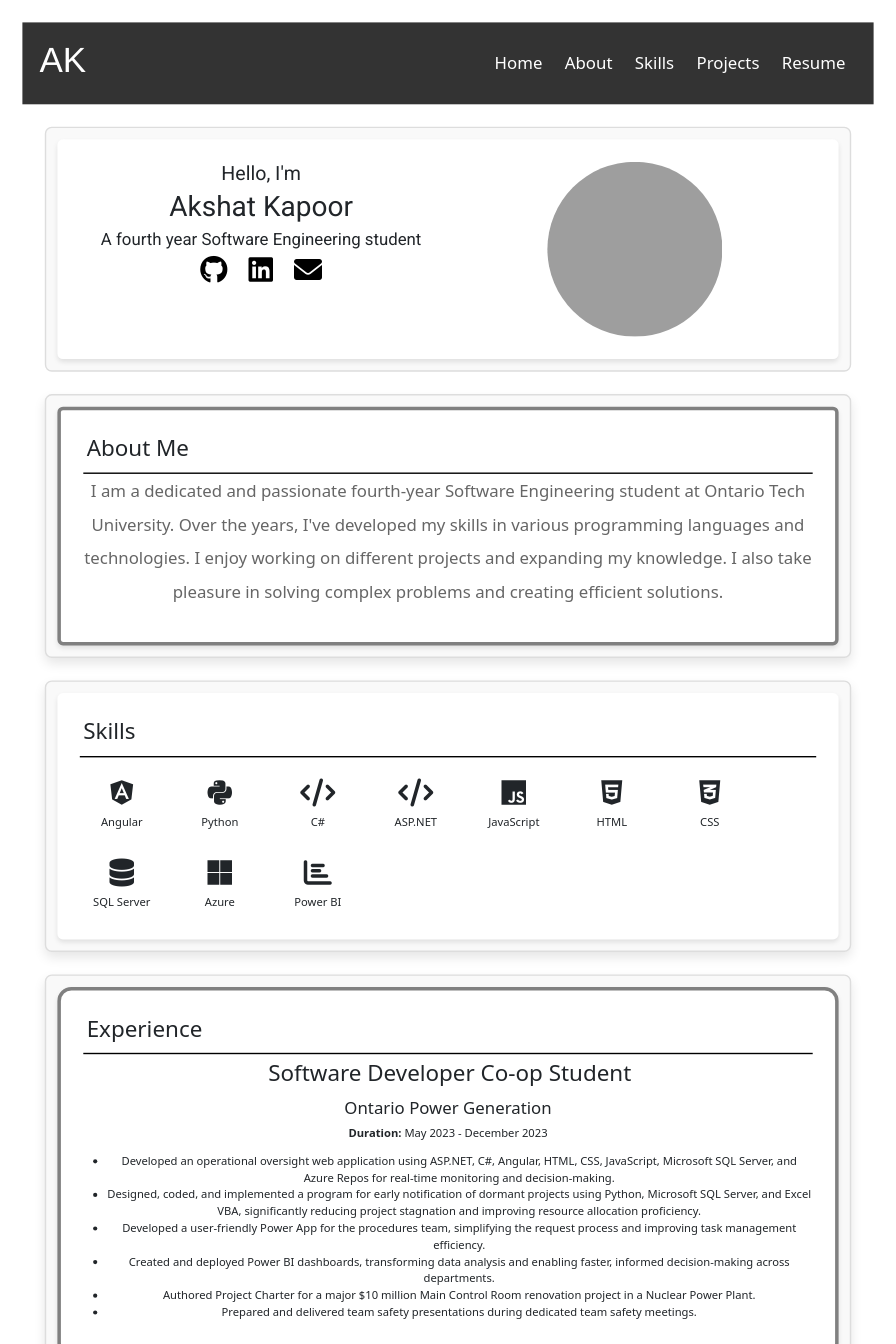
Repository: AkshatKapo/My-Portfolio
Page: /
An editor plug-in stored every save of this project. The page is shown before and after the next save, followed by the edit.
The browser window is 1280 px wide. The pictures show the part of the page from y = 0 to 1920 px (the page is 3269 px tall before and 3330 px after), at 70% of full size.
Pictures or frames that could not be fetched are drawn as grey boxes. The project was rebuilt for these pictures with package versions that can differ from the ones it lists, and the page was loaded fresh each time. Also part of the build but not shown: vite.config.js.

Above is the page before, as saved 2024-06-18 09:32:26.

### index.html
<!DOCTYPE html>
<html lang="en">
  <head>
    <meta charset="UTF-8" />
    <link rel="stylesheet" href="https://cdnjs.cloudflare.com/ajax/libs/font-awesome/6.0.0-beta3/css/all.min.css">
    <link rel="stylesheet" href="https://maxcdn.bootstrapcdn.com/bootstrap/4.5.2/css/bootstrap.min.css">

    <meta name="viewport" content="width=device-width, initial-scale=1.0" />
    <title>Vite + React</title>
  </head>
  <body>
    <div id="root"></div>
    <script type="module" src="/src/main.jsx"></script>
  </body>
</html>

### src/main.jsx
import React from 'react'
import ReactDOM from 'react-dom/client'
import App from './App'
import './index.css'
import 'bootstrap/dist/css/bootstrap.min.css';


ReactDOM.createRoot(document.getElementById('root')).render(
  <React.StrictMode>
    <App />
  </React.StrictMode>,
)

### src/index.css
body {
    font-family: 'Segoe UI', Tahoma, Geneva, Verdana, sans-serif;
    background-color:#ccddff;
    color:black;
    margin: 0;
    padding: 0;
  }


  #root {
    display: flex;
    flex-direction: column;
    min-height: 100vh;
  }

### src/App.css
#root {
  max-width: 1280px;
  margin: 0 auto;
  padding: 2rem;
  text-align: center;
}
.reveal {
  opacity: 0;
  transform: translateY(100px);
  transition: opacity 0.6s ease-out, transform 0.6s ease-out;
}

.reveal.active {
  opacity: 1;
  transform: translateY(0);
}

### src/components/Header.jsx
import React from 'react'
import './Header.css'

const Header = () => {
  return (
    <header>
      <h1 className='title'>AK</h1>
      <nav>
        <ul>
          <li><a href="#home">Home</a></li>
          <li><a href="#about">About</a></li>
          <li><a href="#skills">Skills</a></li>
          <li><a href="#projects">Projects</a></li>
          <li><a href="/Akshat_Kapoor_Resume.pdf">Resume</a></li>
        </ul>
      </nav>
    </header>
  )
}

export default Header

### src/components/Home.jsx
import React from "react";
import "./Home.css";

const Home = () => {
  return (
    <div className="reveal">
      <section id="home">
        <div className="home-content">
          <div className="text-content">
            <h3>Hello, I'm</h3>
            <h1>Akshat Kapoor</h1>
            <h4>A fourth year Software Engineering student</h4>
            <div className="social-icons">
              <a href="https://github.com/yourusername" target="_blank" rel="noopener noreferrer">
                <i className="fab fa-github"></i>
              </a>
              <a href="https://www.linkedin.com/in/yourusername" target="_blank" rel="noopener noreferrer">
                <i className="fab fa-linkedin"></i>
              </a>
              <a href="mailto:youremail@gmail.com" target="_blank" rel="noopener noreferrer">
                <i className="fas fa-envelope"></i>
              </a>
            </div>
          </div>
          <div className="line"></div>
          <div className="image-content">
            <img
              src="/mnt/data/image.png"
              alt="Akshat Kapoor"
              className="profile-image"
            />
          </div>
        </div>
      </section>
    </div>
  );
};

export default Home;

### src/components/About.jsx
import React from 'react';
import './About.css';

function About() {
  return (
    <section id="about">
      <div id='about-content'>
       <h2>About Me</h2>
       <div className='seperator'>


       </div>
       <p>I am a dedicated and passionate fourth-year Software Engineering student at Ontario Tech University. Over the years, I've developed my skills in various programming languages and technologies. I enjoy working on different projects and expanding my knowledge. I also take pleasure in solving complex problems and creating efficient solutions. </p>
      </div>
    </section>
  );
}

export default About;

### src/components/Experience.jsx
import React from 'react'
import './Experience.css'

const Experience = () => {
  return (
    <div className="reveal">
      <section id="experience">
        <div id="experience-content">
          <h2>Experience</h2>
          <div className="divider1"></div>
          <div>
            <h3>Software Developer Co-op Student</h3>
            <h4>Ontario Power Generation</h4>
            <p>
              <strong>Duration:</strong> May 2023 - December 2023
            </p>
            <ul>
              <li>Developed an operational oversight web application using ASP.NET, C#, Angular, HTML, CSS, JavaScript, Microsoft SQL Server, and Azure Repos for real-time monitoring and decision-making.</li>
              <li>Designed, coded, and implemented a program for early notification of dormant projects using Python, Microsoft SQL Server, and Excel VBA, significantly reducing project stagnation and improving resource allocation proficiency.</li>
              <li>Developed a user-friendly Power App for the procedures team, simplifying the request process and improving task management efficiency.</li>
              <li>Created and deployed Power BI dashboards, transforming data analysis and enabling faster, informed decision-making across departments.</li>
              <li>Authored Project Charter for a major $10 million Main Control Room renovation project in a Nuclear Power Plant.</li>
              <li>Prepared and delivered team safety presentations during dedicated team safety meetings.</li>
            </ul>
          </div>
        </div>
      </section>
    </div>
  )
}

export default Experience

### src/components/Contact.jsx
import React from "react";
import "./Contact.css";

const Contact = () => {
  return (
    <footer id="footer">
      <div className="footer-content">
        <ul className="footer-icons">
          <li>
            <a
              href="https://github.com/yourusername"
              target="_blank"
              rel="noopener noreferrer"
            >
              <i className="fab fa-github"></i>
            </a>
          </li>
          <li>
            <a
              href="https://www.linkedin.com/in/yourusername"
              target="_blank"
              rel="noopener noreferrer"
            >
              <i className="fab fa-linkedin"></i>
            </a>
          </li>
          <li>
            <a
              href="mailto:youremail@gmail.com"
              target="_blank"
              rel="noopener noreferrer"
            >
              <i className="fas fa-envelope"></i>
            </a>
          </li>
        </ul>

      </div>
      <p className="footer-copy">© 2024 Akshat Kapoor</p>
    </footer>
  );
};

export default Contact;

### src/components/skill.jsx
import React from 'react'
import './skill.css'

const skills = [
    { name: "Angular", icon: "fab fa-angular" },
    { name: "Python", icon: "fab fa-python" },
    { name: "C#", icon: "fas fa-code" },
    { name: "ASP.NET", icon: "fas fa-code" },
    { name: "JavaScript", icon: "fab fa-js" },
    { name: "HTML", icon: "fab fa-html5" },
    { name: "CSS", icon: "fab fa-css3-alt" },
    { name: "SQL Server", icon: "fas fa-database" },
    { name: "Azure", icon: "fab fa-microsoft" },
    { name: "Power BI", icon: "fas fa-chart-bar" },
  ];

function skill() {
  return (
    <div className="reveal">
      <section id="skills">
        <div className="skills-content">
          <h2>Skills</h2>
          <div className="separator"></div>
          <div className="skills-list">
            {skills.map((skill) => (
              <div className="skill" key={skill.name}>
                <i className={skill.icon}></i>
                <p>{skill.name}</p>
              </div>
            ))}
          </div>
        </div>
      </section>
    </div>
  )
}

export default skill

### src/components/Header.css
header {
  background-color: #333;
  color: white;
  padding: 2%;
  display: flex;
  justify-content: space-between;
  align-items: center;

    /* text-align: center; */
  }
  .title {
    font-family: 'Helvetica', sans-serif;
    font-size: 50px;
    background:white;
    -webkit-background-clip: text;
    color: transparent;
  }


  nav ul {
    list-style-type: none;
    padding: 0;
    margin: 0;
    display: flex;
  }

  nav ul li {
    margin: 0 1rem;
  }

  nav ul li a {
    color: white;
    text-decoration: none;
    font-size: 150%;
  }

### src/components/Home.css
@import url('https://fonts.googleapis.com/css2?family=Roboto:wght@300;400;700&display=swap');

#home {
  padding: 1rem;
  display: flex;
  justify-content: center;
  align-items: center;
  background-color: #f9f9f9;
  border: 2px solid #ddd; /* Light border */
  border-radius: 10px; /* Rounded corners */
  margin: 2rem; /* Margin to ensure it doesn’t touch the edges of the container */

}

.home-content {
  display: flex;
  justify-content: space-between;
  width: 100%;
  max-width: 1200px; /* Adjust the max-width as needed */
  background: #fff; /* Background for the content */
  padding: 2rem; /* Padding around the content */
  box-shadow: 0 4px 8px rgba(0, 0, 0, 0.1); /* Shadow for styling */
  border-radius: 8px; /* Rounded corners */
}

.text-content {
  flex: 1;
  padding-right: 1rem;
  font-family: 'Roboto', sans-serif;

}

.text-content h2 {
  font-size: 2.5rem; /* Adjust the font size as needed */
  font-weight: 900;
  color: #333;
  margin-bottom: 1rem;

}

.text-content p {
  font-size: 1rem; /* Adjust the font size as needed */
  line-height: 1.6; /* Adjust the line height as needed */
  color: #666;
  font-weight: 300;
}



.image-content {
  flex: 1;
  display: flex;
  justify-content: center;
}

.profile-image {
  width: 250px;
  height: 250px;
  border-radius: 50%;
  object-fit: cover;
 }

 .social-icons {
  display: flex;
  gap: 30px; /* Adjust the spacing between icons */
  justify-content: center;
}

.social-icons a {
  color: #000; /* Change the color if needed */
  text-decoration: none;
}

.social-icons .icon {
  width: 40px; /* Adjust the size of the icons */
  height: 40px; /* Adjust the size of the icons */
}

.social-icons i {
  font-size: 40px; /* Adjust the size of the font-awesome icons */
}

/* Add hover effect if desired */
.social-icons a:hover {
  opacity: 0.7; /* Example hover effect */
}

.seperator {
  border-top: 2px solid black;
  width: 100%; /* Adjust as needed */
  margin: 20px 3; /* Adjust as needed */
}

### src/components/About.css
#about {
  padding: 1rem;
  display: flex;
  background-color: #f9f9f9;
  border: 2px solid #ddd; /* Light border */
  border-radius: 10px; /* Rounded corners */
  box-shadow: 0 8px 16px rgba(0, 0, 0, 0.1); /* Shadow for depth */
  margin: 2rem; /* Margin to ensure it doesn’t touch the edges of the container */



}
#about-content {
  display: table-column;
  justify-content: space-between;
  width: 100%;
  max-width: 1200px; /* Adjust the max-width as needed */
  background: #fff; /* Background for the content */
  padding: 2rem; /* Padding around the content */
  box-shadow: 0 4px 8px rgba(0, 0, 0, 0.1); /* Shadow for styling */
  border-radius: 8px; /* Rounded corners */
}


#about h2 {
  font-size: 2rem;
  text-align: left; /* This will align the heading to the left */
  margin-bottom: 1rem; /* Adding some space between the heading and the paragraph */
  margin-top: 0.2rem;
  margin-left: 0.3rem;


}
.seperator {
  border-top: 2px solid black;
  width: 100%; /* Adjust as needed */
  margin: 20px 3; /* Adjust as needed */
}

#about p {
  font-size: 1.5rem; /* Adjust the font size as needed */
  line-height: 2; /* Adjust the line height as needed */
  color: #666;
  font-weight: 300;
  }
#about {
  padding: 1rem;
  display: flex;
  background-color: #f9f9f9;
  border: 2px solid #ddd; /* Light border */
  border-radius: 10px; /* Rounded corners */
  box-shadow: 0 8px 16px rgba(0, 0, 0, 0.1); /* Shadow for depth */
  margin: 2rem; /* Margin to ensure it doesn’t touch the edges of the container */



}
#about-content {
  display: table-column;
  justify-content: space-between;
  width: 100%;
  max-width: 1200px; /* Adjust the max-width as needed */
  background: #fff; /* Background for the content */
  padding: 2rem; /* Padding around the content */
  box-shadow: 0 4px 8px rgba(0, 0, 0, 0.1); /* Shadow for styling */
  border-radius: 8px; /* Rounded corners */
  border: 5px solid grey

}


#about h2 {
  font-size: 2rem;
  text-align: left; /* This will align the heading to the left */
  margin-bottom: 1rem; /* Adding some space between the heading and the paragraph */
  margin-top: 0.2rem;
  margin-left: 0.3rem;


}
.seperator {
  border-top: 2px solid black;
  width: 100%; /* Adjust as needed */
  margin: 20px 3; /* Adjust as needed */
}

#about p {
  font-size: 1.5rem; /* Adjust the font size as needed */
  line-height: 2; /* Adjust the line height as needed */
  color: #666;
  font-weight: 300;
  }

### src/components/Experience.css
#experience {
  padding: 1rem;
  display: flex;
  background-color: #f9f9f9;
  border: 2px solid #ddd; /* Light border */
  border-radius: 10px; /* Rounded corners */
  box-shadow: 0 8px 16px rgba(0, 0, 0, 0.1); /* Shadow for depth */
  margin: 2rem; /* Margin to ensure it doesn’t touch the edges of the container */
  }
  #experience-content{
    display: table-column;
    justify-content: space-between;
    width: 100%;
    max-width: 1200px; /* Adjust the max-width as needed */
    background: #fff; /* Background for the content */
    padding: 2rem; /* Padding around the content */
    box-shadow: 0 4px 8px rgba(0, 0, 0, 0.1); /* Shadow for styling */
    border-radius: 20px; /* Rounded corners */
    border: 5px solid grey;
  }
  #experience h2 {
    font-size: 2rem;
    text-align: left; /* This will align the heading to the left */
    margin-bottom: 1rem; /* Adding some space between the heading and the paragraph */
    margin-top: 0.2rem;
    margin-left: 0.3rem;

  }
  .divider1 {
    border-top: 2px solid black;
    width: 100%; /* Adjust as needed */
    margin: 20px 3; /* Adjust as needed */
  }
  #experience h3 {
    font-size: 2rem;
    text-align: center;
    margin-bottom: 1rem; /* Adding some space between the heading and the paragraph */
    margin-top: 0.5rem;
    margin-left: 0.3rem;

  }
  .experience-content ul {
    list-style-type: disc; /* or another type of bullet, like circle or square */
    margin-left: 20px;
  }

  .experience-content li {
    margin-bottom: 10px;
  }

### src/components/Contact.css
#footer {
  background-color: #333;
  padding: 1rem 0;
  text-align: center;
  color: white;
}

.footer-content {
  display: flex;
  justify-content: center;
  align-items: center;
  margin-bottom: 1rem;
}

.footer-icons {
  list-style: none;
  padding: 0;
  margin: 0;
  text-align: center;
}

.footer-icons li {
  display: inline-block;
  margin: 0 20px; /* Increased margin for more gap between icons */
}

.footer-icons li a {
  color: grey; /* Change color as needed */
  font-size: 40px; /* Adjust size as needed */
  text-decoration: none;
}

.footer-icons li a:hover {
  color: #007bff; /* Change color on hover as needed */
}
.footer-copy {
  margin-top: 1rem;
  font-size: 16px;
  color: #aaa;
}

### src/components/skill.css
#skills {
  padding: 1rem;
  display: flex;
  background-color: #f9f9f9;
  border: 2px solid #ddd; /* Light border */
  border-radius: 10px; /* Rounded corners */
  box-shadow: 0 8px 16px rgba(0, 0, 0, 0.1); /* Shadow for depth */
  margin: 2rem; /* Margin to ensure it doesn’t touch the edges of the container */
}

.skills-content {
  display: table-column;
  justify-content: space-between;
  width: 100%;
  max-width: 1200px; /* Adjust the max-width as needed */
  background: #fff; /* Background for the content */
  padding: 2rem; /* Padding around the content */
  box-shadow: 0 4px 8px rgba(0, 0, 0, 0.1); /* Shadow for styling */
  border-radius: 8px; /* Rounded corners */
}

.skills-list {
  display: flex;
  flex-wrap: wrap;
  gap: 20px;
}

#skills h2 {
  font-size: 2rem;
  text-align: left; /* This will align the heading to the left */
  margin-bottom: 1rem; /* Adding some space between the heading and the paragraph */
  margin-top: 0.2rem;
  margin-left: 0.3rem;
}

.skill {
  display: flex;
  flex-direction: column;
  align-items: center;
  width: 100px;
  margin: 10px;
}

.skill i {
  font-size: 40px;
  margin-bottom: 10px;
}

.skill p {
  font-size: 16px;
  margin: 0;
}

.separator {
  height: 2px;
  width: 100%; /* Set to 100% to fill the parent container */
  background-color: #000;
  margin: 10px auto 20px;
}

Loaded but not shown: src/components/projects.css (103 lines, source omitted); src/components/projects.jsx (77 lines, source omitted); src/App.jsx (62 lines, source omitted)

After the next save:
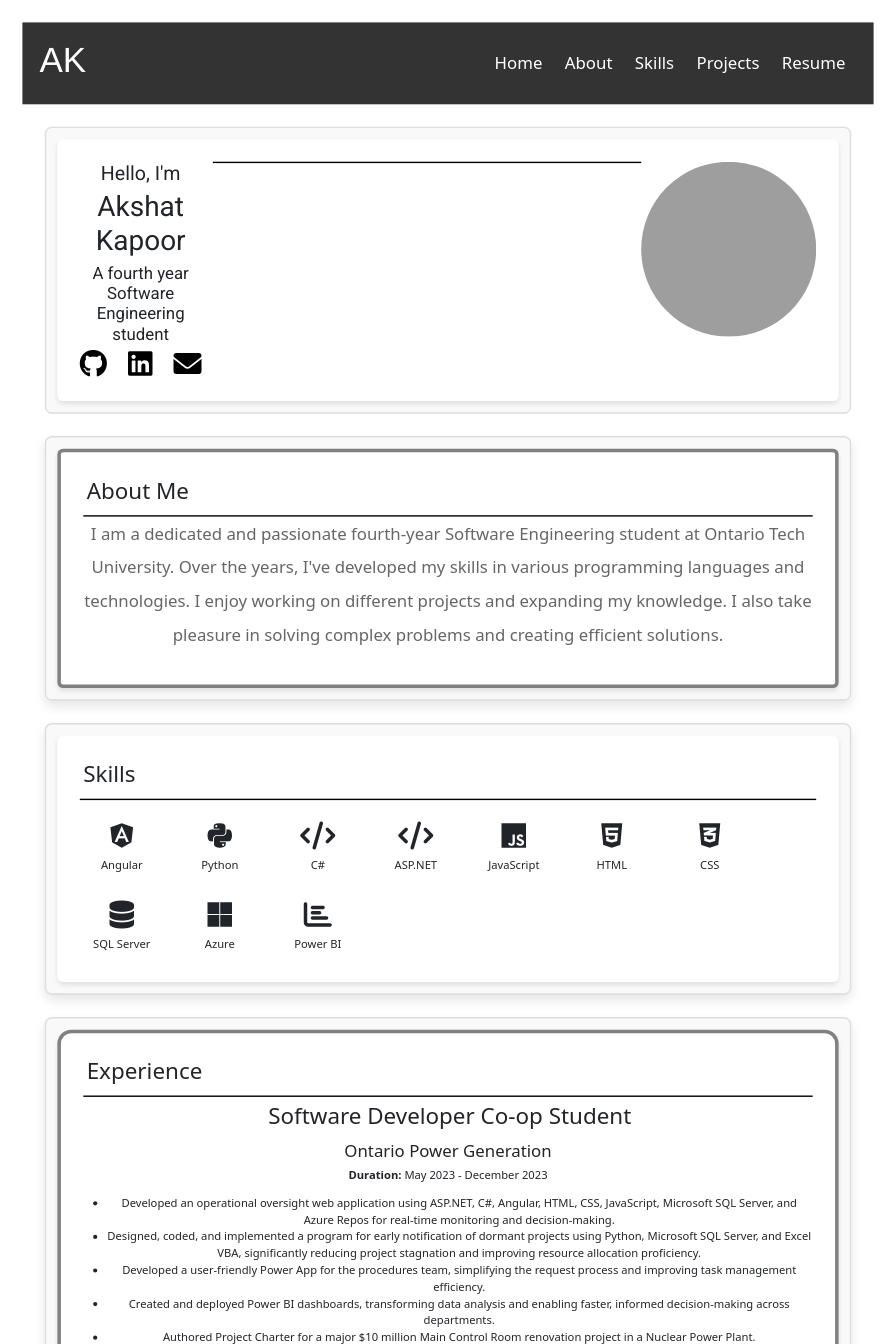
Saved 8 s later.
--- a/src/components/Home.css
+++ b/src/components/Home.css
@@ -85,7 +85,7 @@
   opacity: 0.7; /* Example hover effect */
 }
 
-.seperator {
+.line {
   border-top: 2px solid black;
   width: 100%; /* Adjust as needed */
   margin: 20px 3; /* Adjust as needed */

After the save that followed:
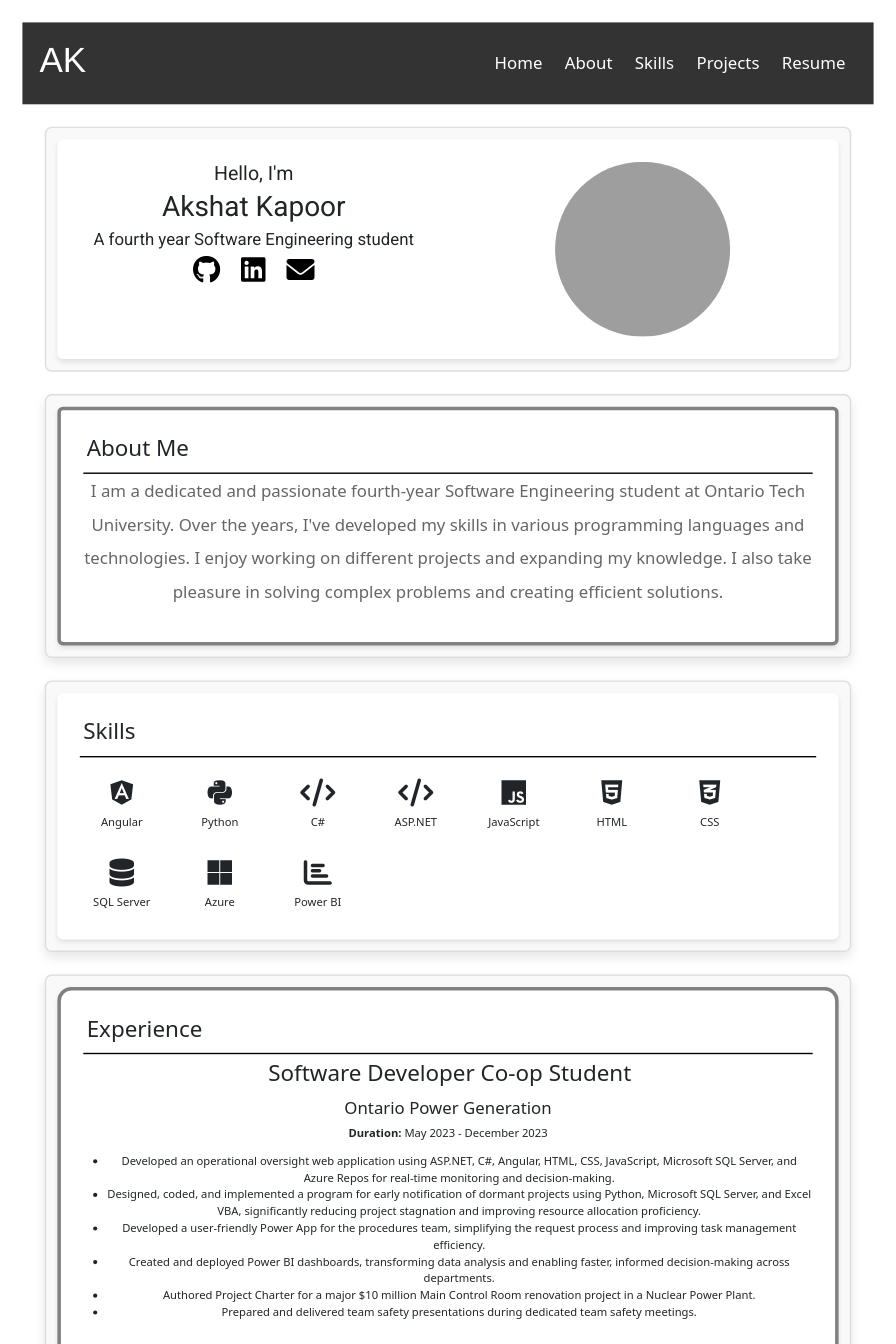
Saved 3 min 1 s later.
--- a/src/components/Home.css
+++ b/src/components/Home.css
@@ -9,7 +9,6 @@
   border: 2px solid #ddd; /* Light border */
   border-radius: 10px; /* Rounded corners */
   margin: 2rem; /* Margin to ensure it doesn’t touch the edges of the container */
-
 }
 
 .home-content {
@@ -27,7 +26,6 @@
   flex: 1;
   padding-right: 1rem;
   font-family: 'Roboto', sans-serif;
-
 }
 
 .text-content h2 {
@@ -35,7 +33,6 @@
   font-weight: 900;
   color: #333;
   margin-bottom: 1rem;
-
 }
 
 .text-content p {
@@ -44,8 +41,6 @@
   color: #666;
   font-weight: 300;
 }
-
-
 
 .image-content {
   flex: 1;
@@ -58,9 +53,9 @@
   height: 250px;
   border-radius: 50%;
   object-fit: cover;
- }
+}
 
- .social-icons {
+.social-icons {
   display: flex;
   gap: 30px; /* Adjust the spacing between icons */
   justify-content: center;
@@ -86,7 +81,7 @@
 }
 
 .line {
-  border-top: 2px solid black;
-  width: 100%; /* Adjust as needed */
-  margin: 20px 3; /* Adjust as needed */
+  border-left: 2px solid black;
+  height: 100%; /* Set to the desired height */
+  margin: 0 20px; /* Adjust as needed to create space around the line */
 }
